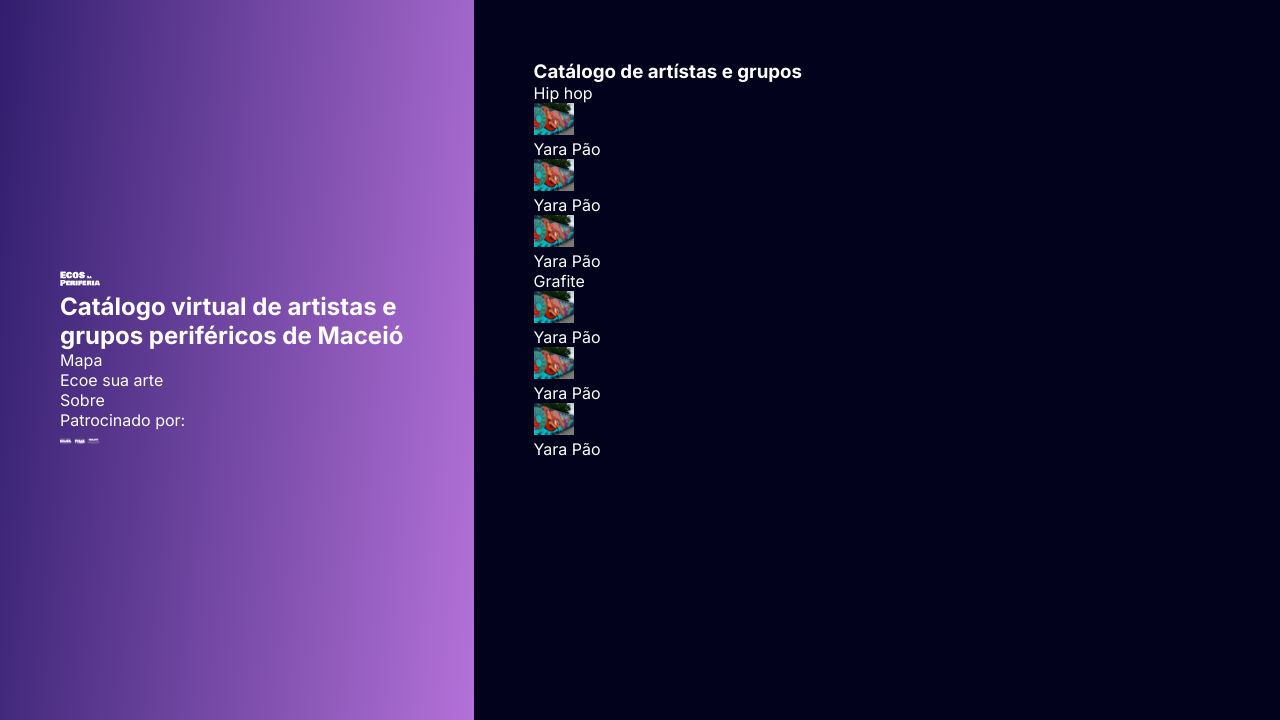
Repository: lucasthaynan/ecos-da-periferia
Page: index.html
These files come from the project's save history. The page is drawn as it stood at one moment and after the next save; the edit follows.
The browser window is 1280 px wide. The pictures show the whole page.

Above is the page before, as saved 2025-11-11 17:49:42.

After the next save:
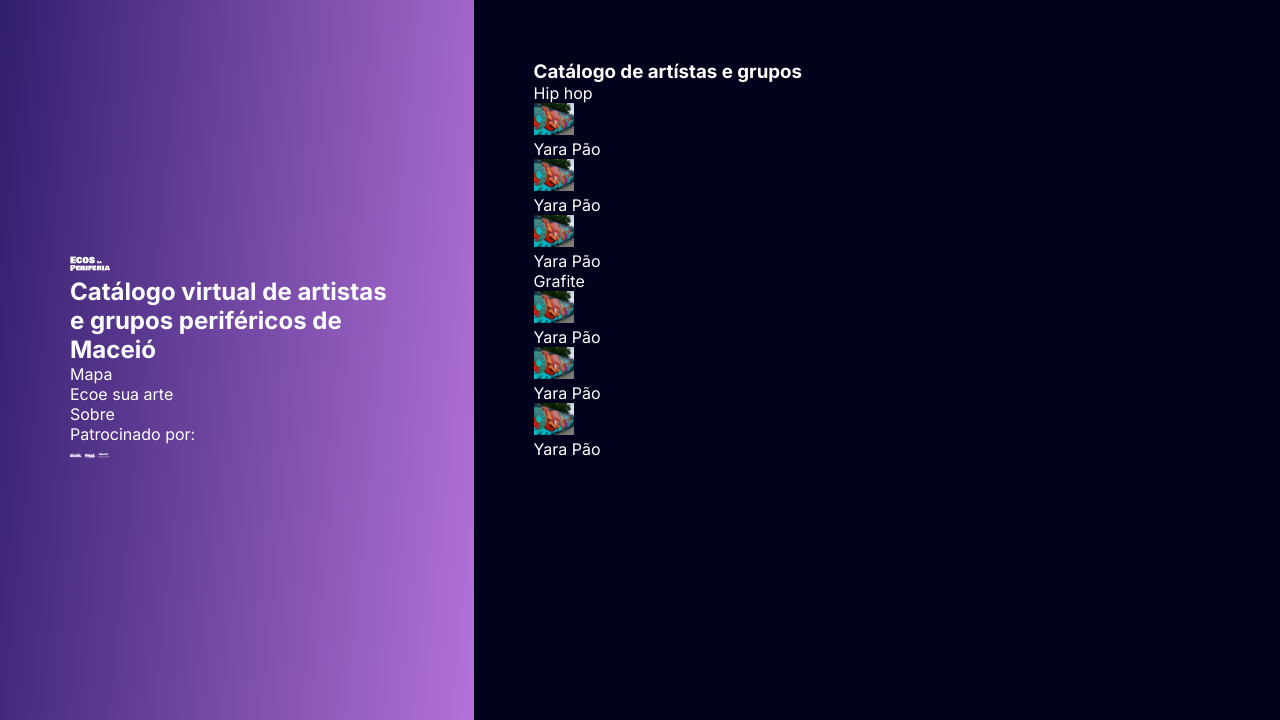
Saved 18 s later.
--- a/style.css
+++ b/style.css
@@ -40,7 +40,7 @@
     display: flex;
     flex-direction: column;
     justify-content: center;
-    padding: 60px;
+    padding: 70px;
 }
 
 section {
